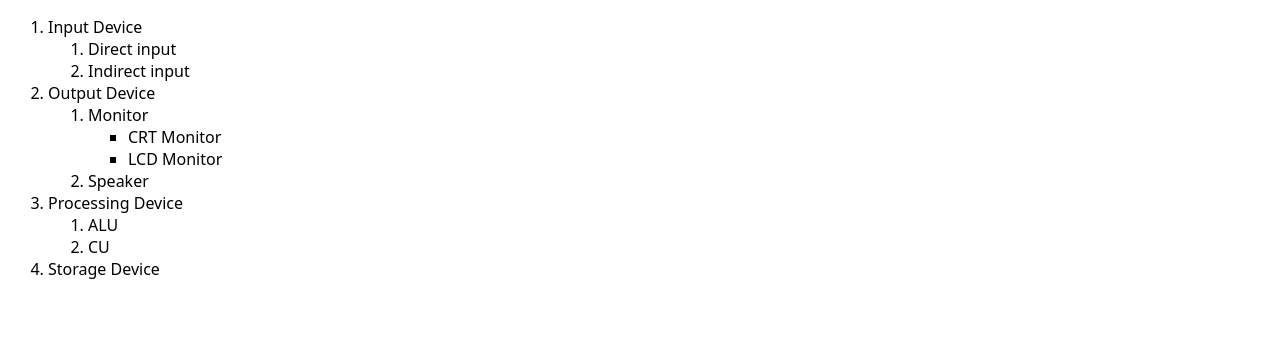
Repository: SharonSebastian32/Nested_List_in_html
Page: index.html
An editor plug-in stored every save of this project. The page is shown before and after a run of saves, followed by the edit.
The browser window is 1280 px wide. The pictures show the whole page.

Above is the page before, as saved 2024-09-01 07:34:09.

### index.html
<!DOCTYPE html>
<html lang="en">
  <head>
    <meta charset="UTF-8" />
    <meta name="viewport" content="width=device-width, initial-scale=1.0" />
    <title>Document</title>
    <link rel="stylesheet" href="./Styles/Styles.css" />
  </head>
  <body>
    <ol>
      <li>Input Device</li>
      <ol>
        <li>Direct input</li>
        <li>Indirect input</li>
      </ol>
      <li>Output Device</li>
      <ol>
        <li>Monitor</li>
        <ul>
          <li>CRT Monitor</li>
          <li>LCD Monitor</li>
        </ul>
        <li>Speaker</li>
      </ol>
      <li>Processing Device</li>
      <ol>
        <li>ALU</li>
        <li>CU</li>
      </ol>
      <li>Storage Device</li>
    </ol>
  </body>
</html>

### Styles/Styles.css
*{
    font-family: system-ui, -apple-system, BlinkMacSystemFont, 'Segoe UI', Roboto, Oxygen, Ubuntu, Cantarell, 'Open Sans', 'Helvetica Neue', sans-serif;

}

After the next 2 saves:
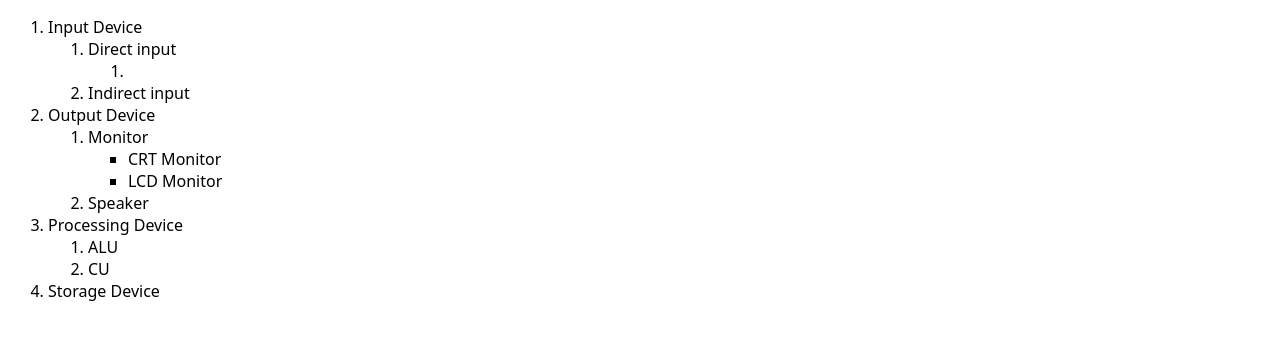
The 2 saves are shown as one change because they came seconds apart.
The last was saved 52 s later.
--- a/index.html
+++ b/index.html
@@ -11,6 +11,7 @@
       <li>Input Device</li>
       <ol>
         <li>Direct input</li>
+        <ol><li></li></ol>
         <li>Indirect input</li>
       </ol>
       <li>Output Device</li>
